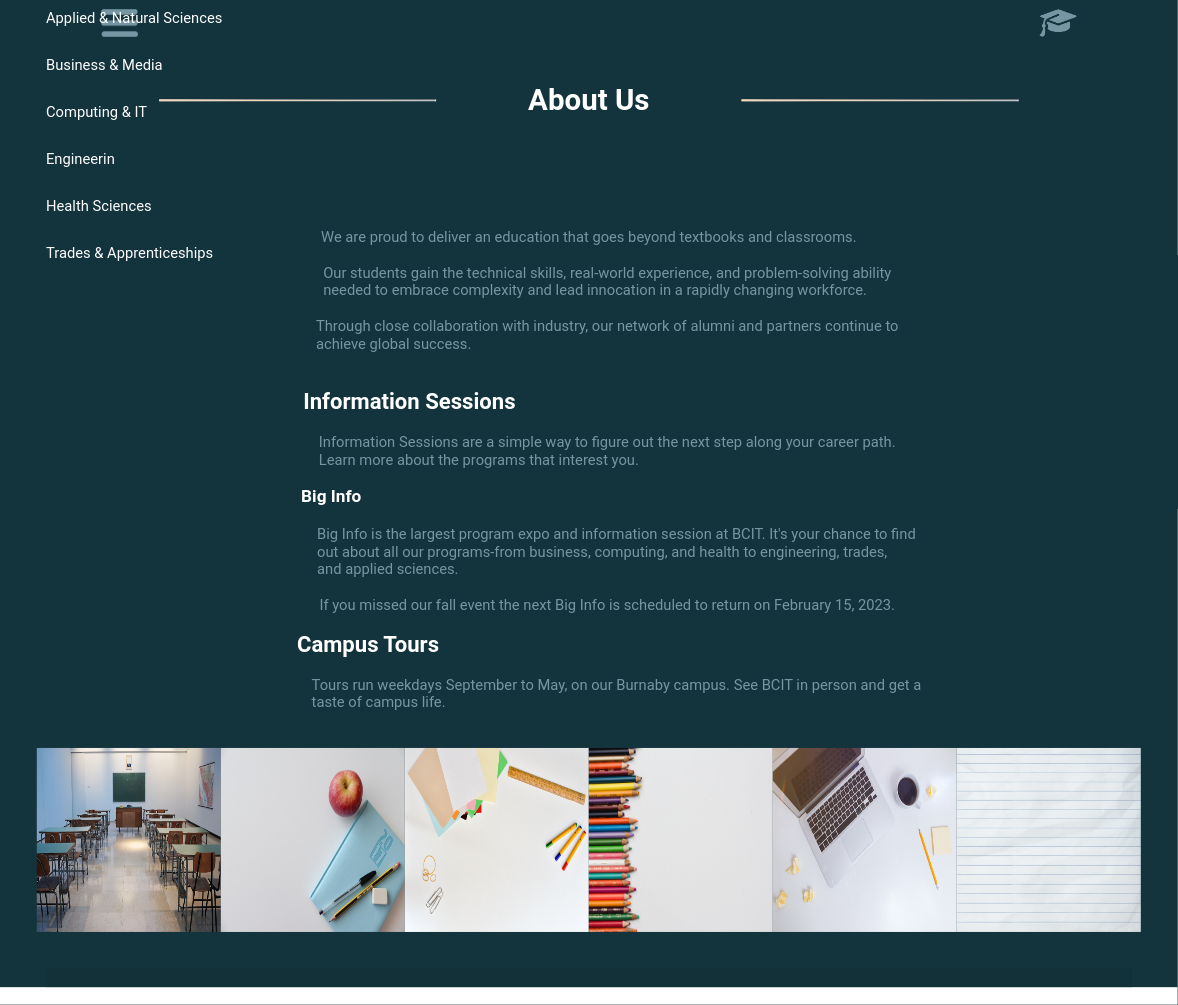
Repository: Sheraliramzan/Aly_A01253508_Assignment1
Page: /about
The author's editor kept a copy of each file at every save. The page is drawn from the files as they stood at one save, then again after the next save.
The browser window is 1280 px wide. The pictures show the whole page, at 92% of full size.
The project was rebuilt for these pictures with package versions that can differ from the ones it lists, and the page was loaded fresh each time. The framework's server and built-in components were replaced by stand-ins that run in the browser. Also part of the build but not shown: next.config.js.

Above is the page before, as saved 2023-02-05 09:05:33.

After the next save:
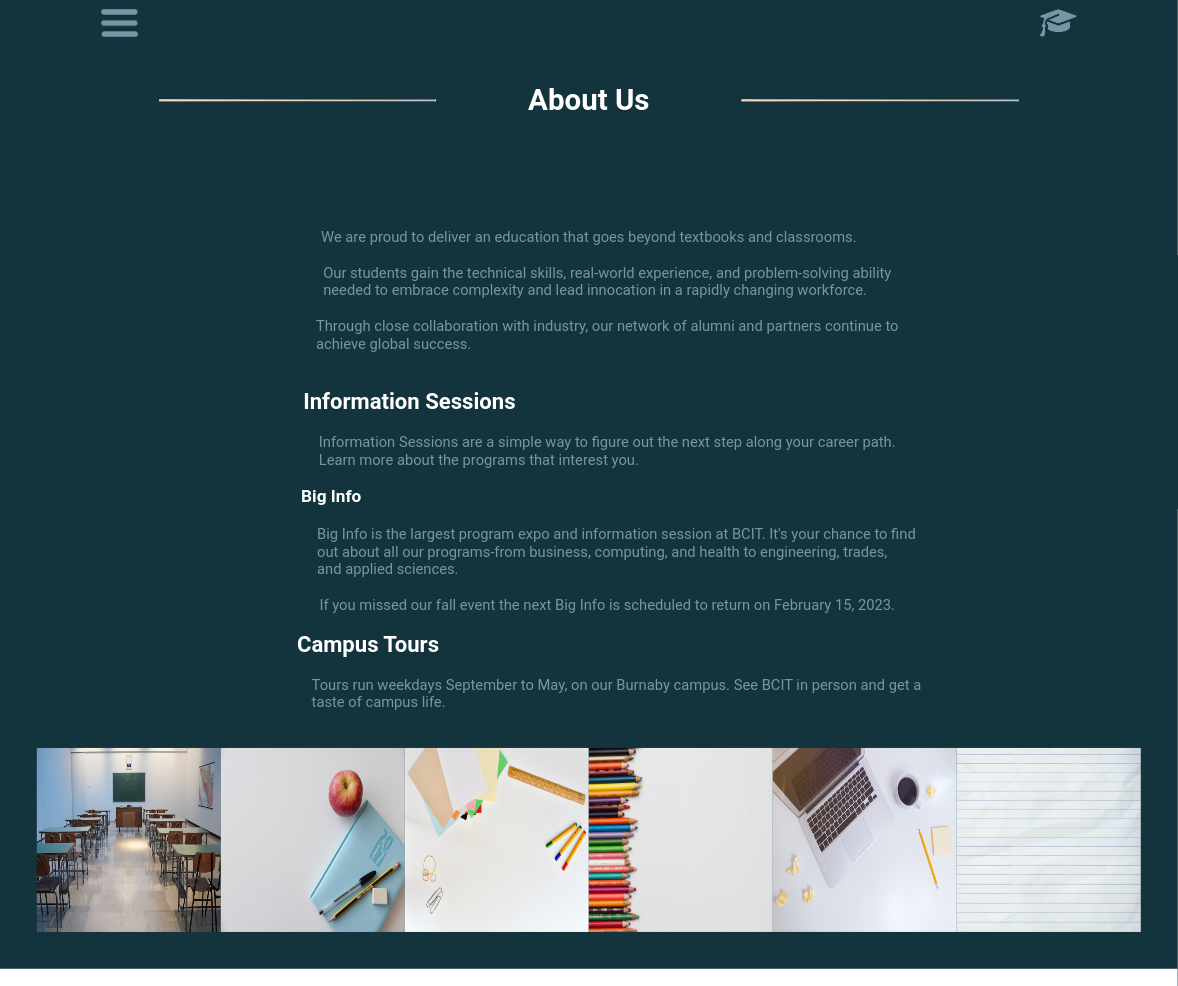
Saved 9 s later.
--- a/pages/about.js
+++ b/pages/about.js
@@ -61,16 +61,6 @@ const About = () => {
                 <Image src={"/4.jpg"} width={200} height={200}></Image>
                 <Image src={"/5.jpg"} width={200} height={200}></Image>
             </div >
-                  <div id="testOnImageHere">
-                    <ul >
-                      <li>Applied & Natural Sciences</li>
-                      <li>Business & Media</li>
-                      <li>Computing & IT</li>
-                      <li>Engineerin</li>
-                      <li>Health Sciences</li>
-                      <li>Trades & Apprenticeships</li>
-                    </ul>
-                  </div>
           </div>
         </div>
         <a>

After the 2 saves that followed:
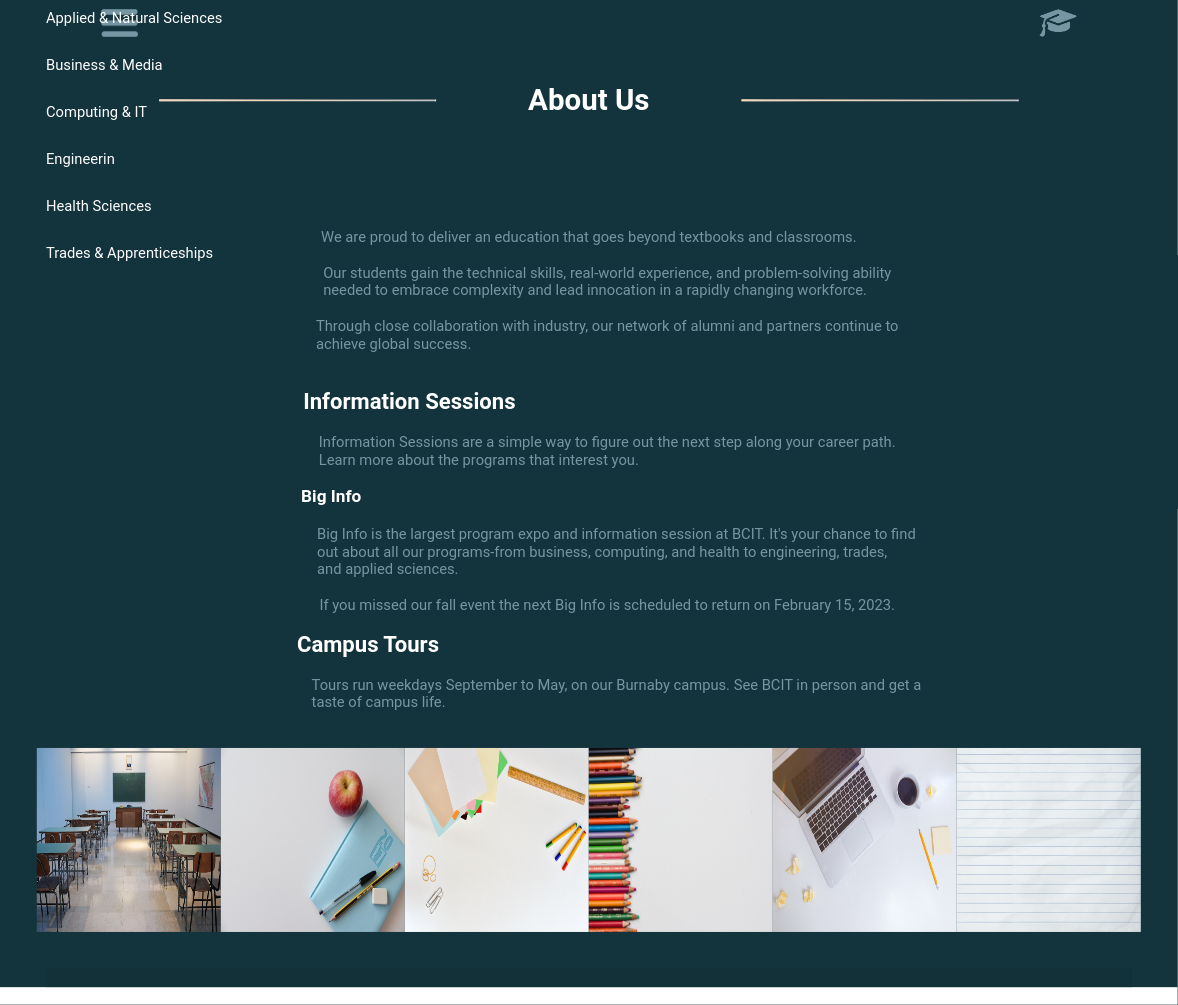
The 2 saves are shown as one change because they came seconds apart.
The last was saved 11 s later.
--- a/pages/about.js
+++ b/pages/about.js
@@ -62,6 +62,16 @@ const About = () => {
                 <Image src={"/5.jpg"} width={200} height={200}></Image>
             </div >
           </div>
+          <div id="testOnImageHere">
+                    <ul >
+                      <li>Applied & Natural Sciences</li>
+                      <li>Business & Media</li>
+                      <li>Computing & IT</li>
+                      <li>Engineerin</li>
+                      <li>Health Sciences</li>
+                      <li>Trades & Apprenticeships</li>
+                    </ul>
+                  </div>
         </div>
         <a>
             <span>
